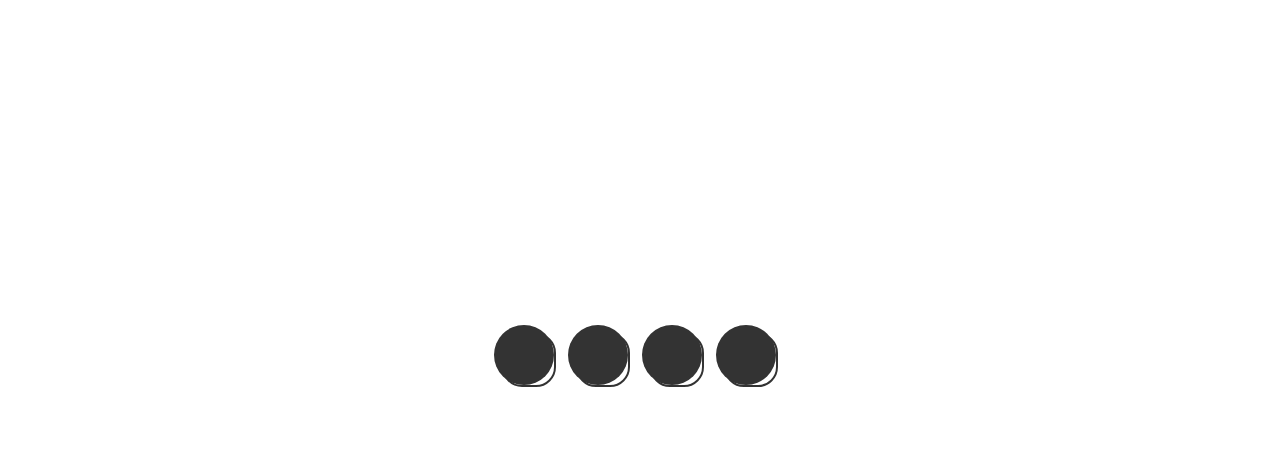
Repository: safak/animation
Page: index.html
An editor plug-in stored every save of this project. The page is shown before and after the next save, followed by the edit.
The browser window is 1280 px wide. The pictures show the whole page.
Pictures or frames that could not be fetched are drawn as grey boxes.

Above is the page before, as saved 2020-12-16 23:10:48.

### index.html
<html lang="en">
  <head>
    <meta charset="UTF-8" />
    <meta name="viewport" content="width=device-width, initial-scale=1.0" />
    <link rel="stylesheet" href="style.css" />
    <link
      href="https://fonts.googleapis.com/css2?family=Roboto:wght@400;500;700;900&display=swap"
      rel="stylesheet"
    />
    <title>Document</title>
  </head>
  <body>
    <div class="button">
      <img src="facebook.png" alt="" />
      <div class="fill"></div>
    </div>
    <div class="button">
      <img src="instagram.png" alt="" />
      <div class="fill"></div>
    </div>
    <div class="button">
      <img src="twitter.png" alt="" />
      <div class="fill"></div>
    </div>
    <div class="button">
      <img src="youtube.png" alt="" />
      <div class="fill"></div>
    </div>
  </body>
</html>

### style.css
* {
  margin: 0;
}

body {
  display: flex;
  align-items: center;
  justify-content: center;
  font-family: "Roboto", sans-serif;
}

.button {
  width: 50px;
  height: 50px;
  border: 2px solid #333333;
  border-radius: 20px;
  margin: 10px;
  display: flex;
  align-items: center;
  justify-content: center;
  position: relative;
}

img {
  width: 40%;
}

.fill {
  position: absolute;
  width: 120%;
  height: 120%;
  bottom: 0;
  right: 0;
  background-color: #333333;
  border-radius: 50%;
}

After the next save:
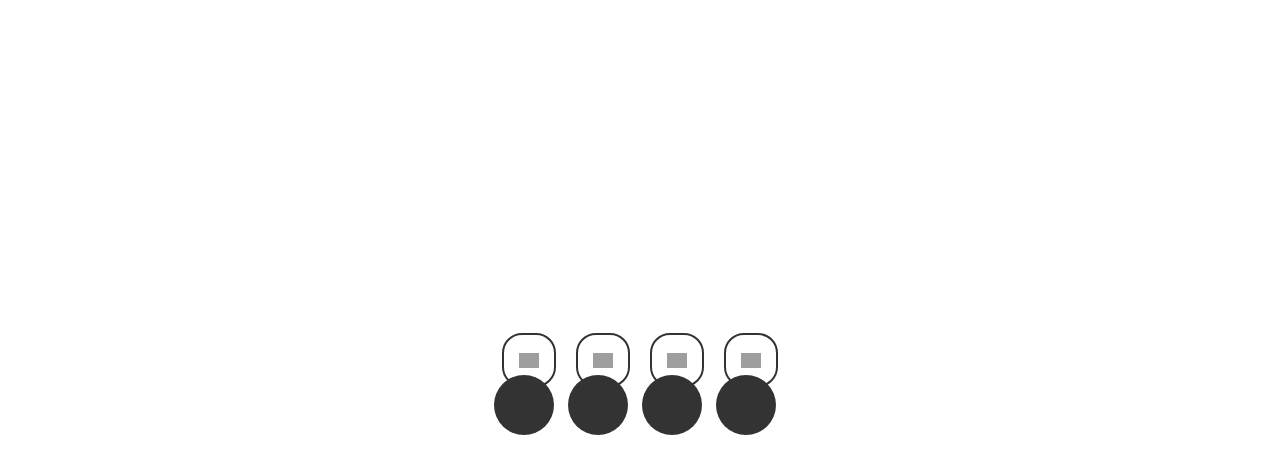
Saved 14 s later.
--- a/style.css
+++ b/style.css
@@ -29,7 +29,7 @@ img {
   position: absolute;
   width: 120%;
   height: 120%;
-  bottom: 0;
+  bottom: -50px;
   right: 0;
   background-color: #333333;
   border-radius: 50%;
